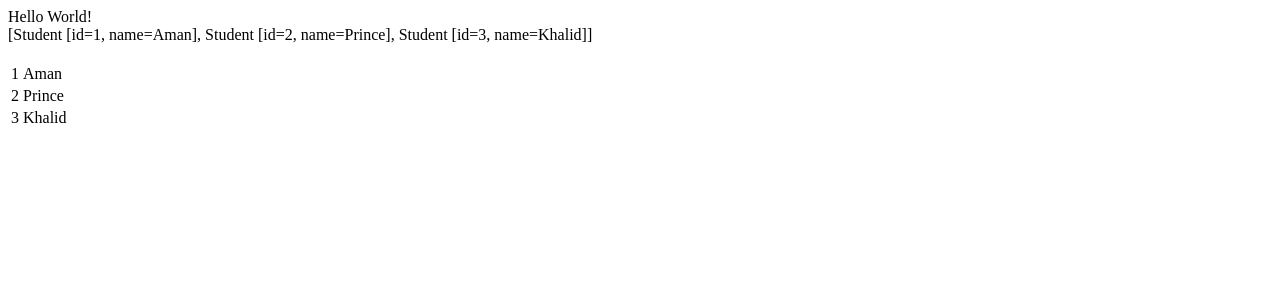
Repository: md-aman-git/Java-Repo-Epam
Page: http://localhost/JSTLDemo/DemoJstl
These files come from the project's save history. The page is drawn as it stood at one moment and after the next save; the edit follows.
The browser window is 1280 px wide. The pictures show the whole page.
The page is served by Tomcat 9.

Above is the page before, as saved 2022-03-07 16:32:08.

After the next save:
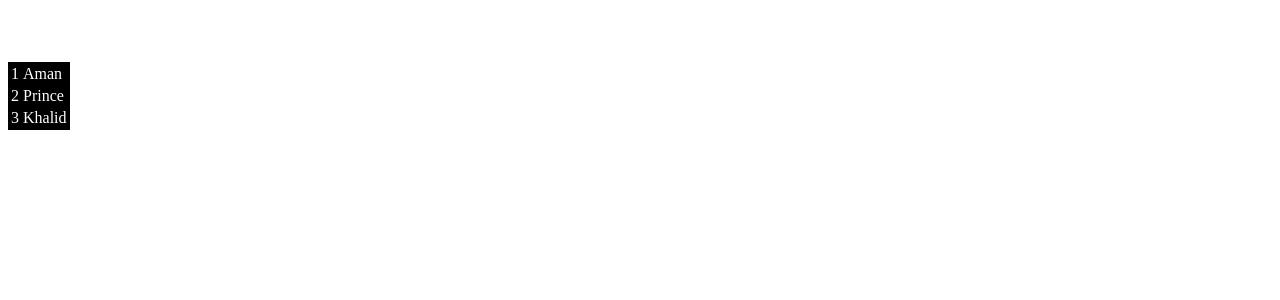
Saved 58 s later.
--- a/JspServlet/JSTLDemo/src/main/webapp/display.jsp
+++ b/JspServlet/JSTLDemo/src/main/webapp/display.jsp
@@ -7,6 +7,14 @@
 <head>
 <meta charset="ISO-8859-1">
 <title>Insert title here</title>
+<style type="text/css">
+body {
+color: #fff;
+}
+table {
+background: #000;
+}
+</style>
 </head>
 <body>
 	Hello World! <br>
